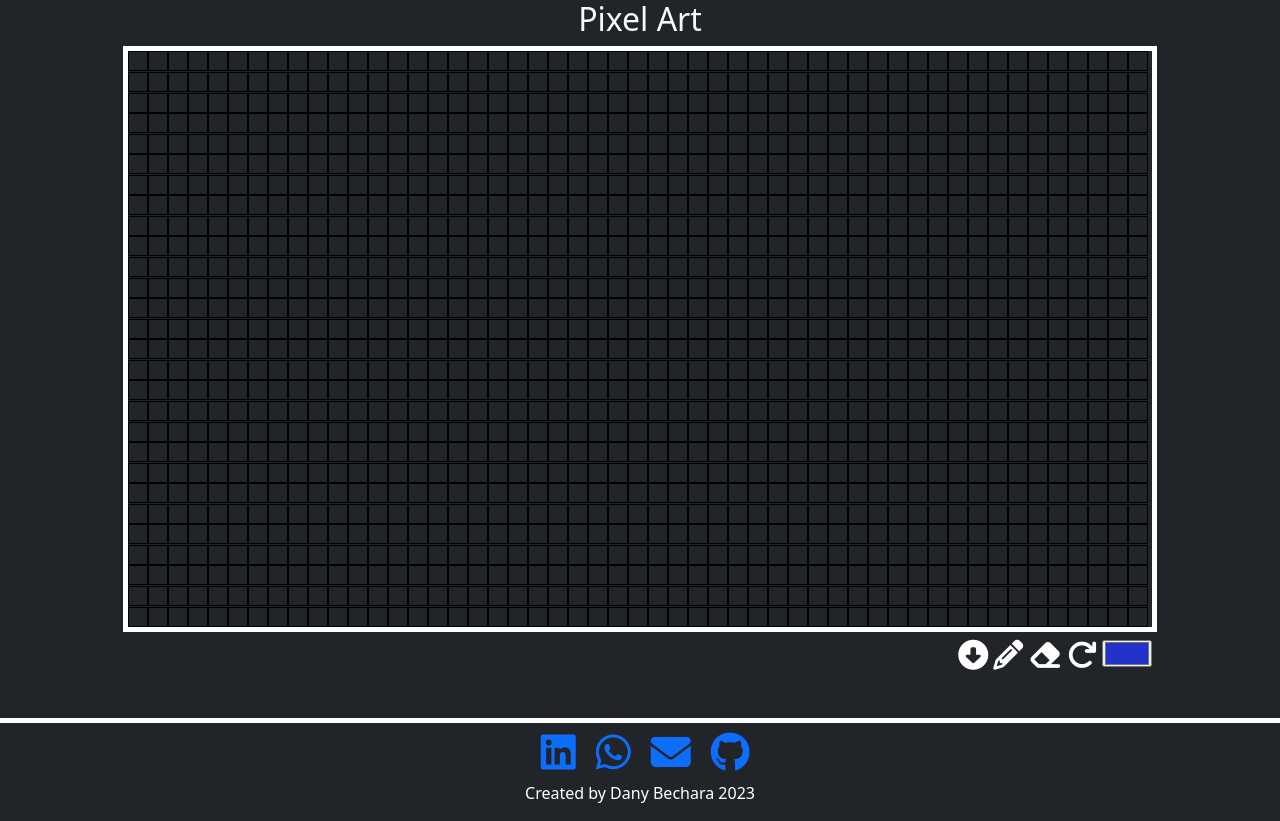
Repository: bechara611/pixelartdb
Page: /
These files come from the project's save history. The page is drawn as it stood at one moment and after the next save; the edit follows.
The browser window is 1280 px wide. The pictures show the whole page.
Some web libraries are served in a nearby version. The project was rebuilt for these pictures with package versions that can differ from the ones it lists, and the page was loaded fresh each time. Also part of the build but not shown: vite.config.js.

Above is the page before, as saved 2023-03-07 15:24:32.

After the next save:
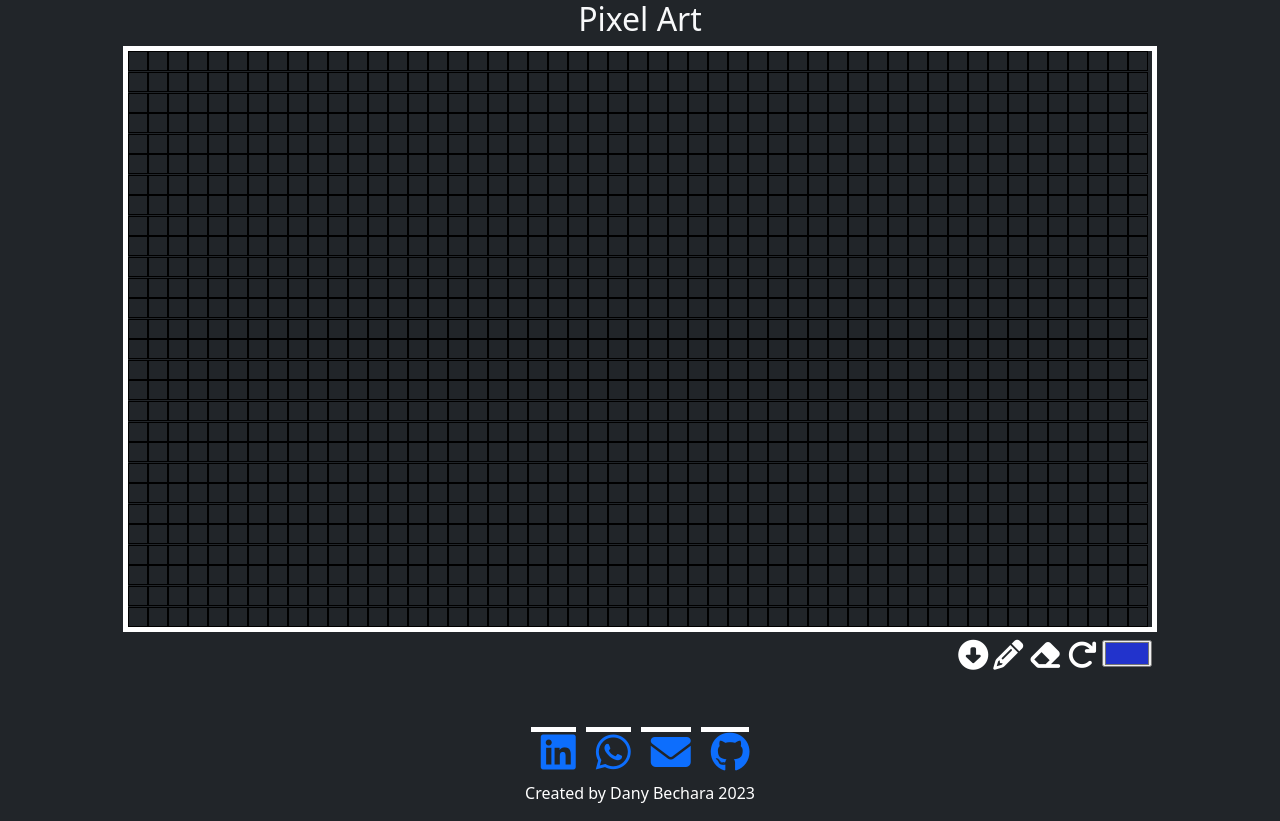
Saved 17 s later.
--- a/src/Footer.css
+++ b/src/Footer.css
@@ -1,7 +1,7 @@
 .footer{
     color: white;
     margin-top: 10px;
-    border-top: 5px solid white;
+
 
     display: flex;
     flex-direction: row;
@@ -14,6 +14,7 @@
 }
 
 .iconoRedes{
+    border-top: 5px solid white;
     font-size: 40px;
     padding-left: 10px;
     margin: 5px;

After the save that followed:
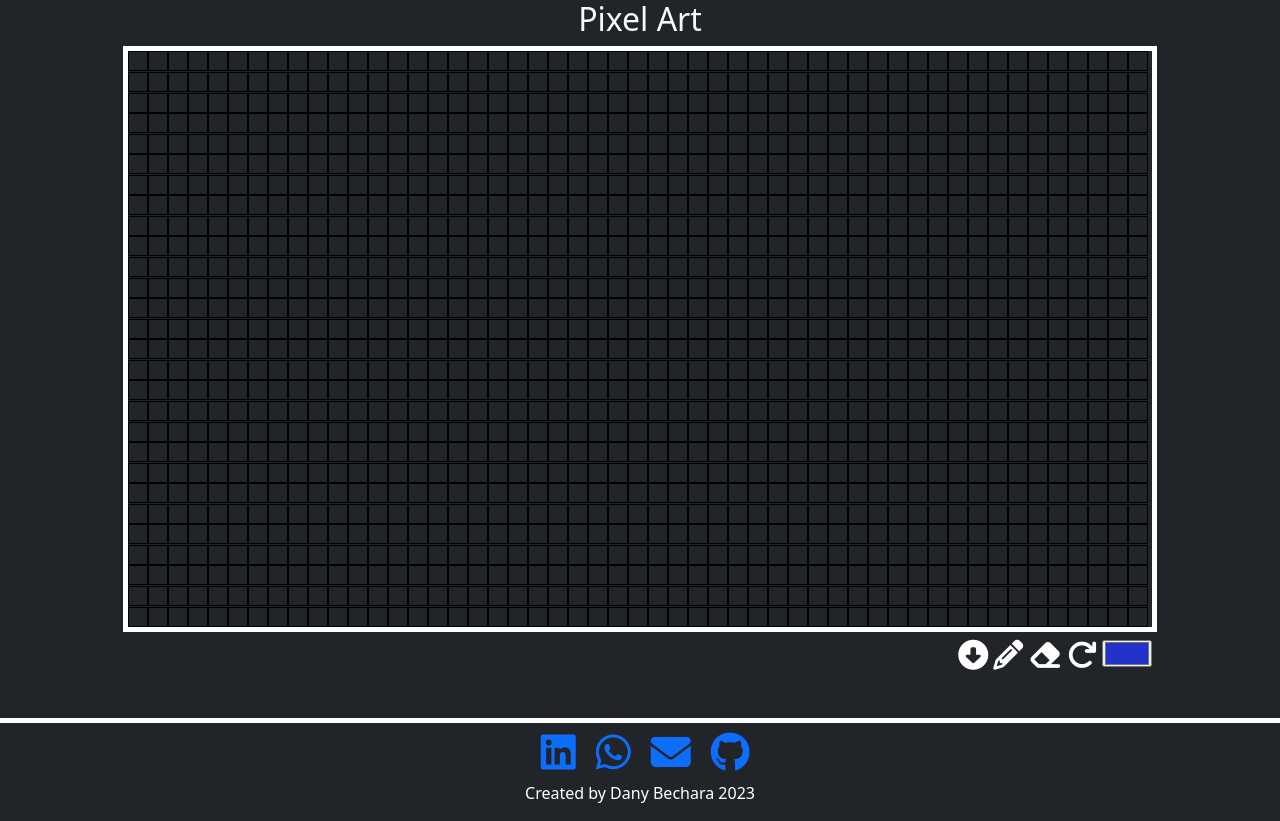
Saved 6 s later.
--- a/src/Footer.css
+++ b/src/Footer.css
@@ -1,7 +1,7 @@
 .footer{
     color: white;
     margin-top: 10px;
-
+    border-top: 5px solid white;
 
     display: flex;
     flex-direction: row;
@@ -14,7 +14,6 @@
 }
 
 .iconoRedes{
-    border-top: 5px solid white;
     font-size: 40px;
     padding-left: 10px;
     margin: 5px;
